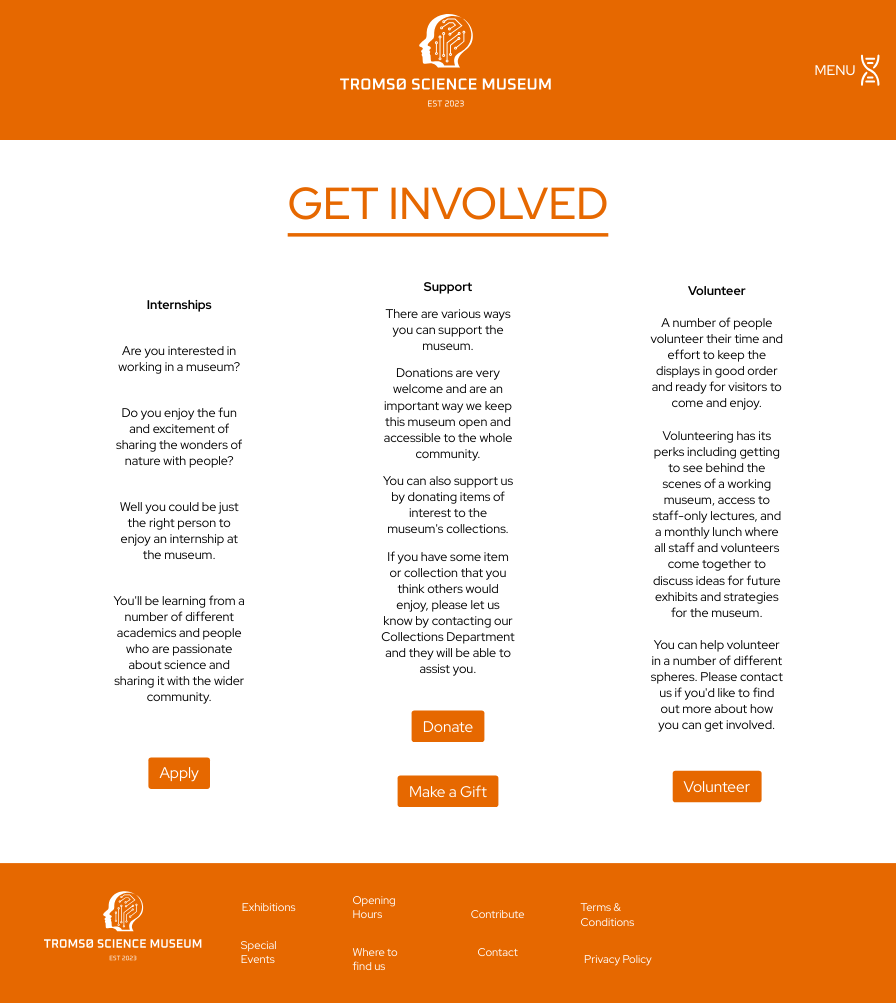
Repository: benjaminskarding/Semester-Project
Page: contribute.html
These files come from the project's save history. The page is drawn as it stood at one moment and after the next save; the edit follows.
The browser window is 1280 px wide. The pictures show the part of the page from y = 0 to 1920 px (the page is 1433 px tall before and 2848 px after), at 70% of full size.

Above is the page before, as saved 2023-12-19 12:07:58.

After the next save:
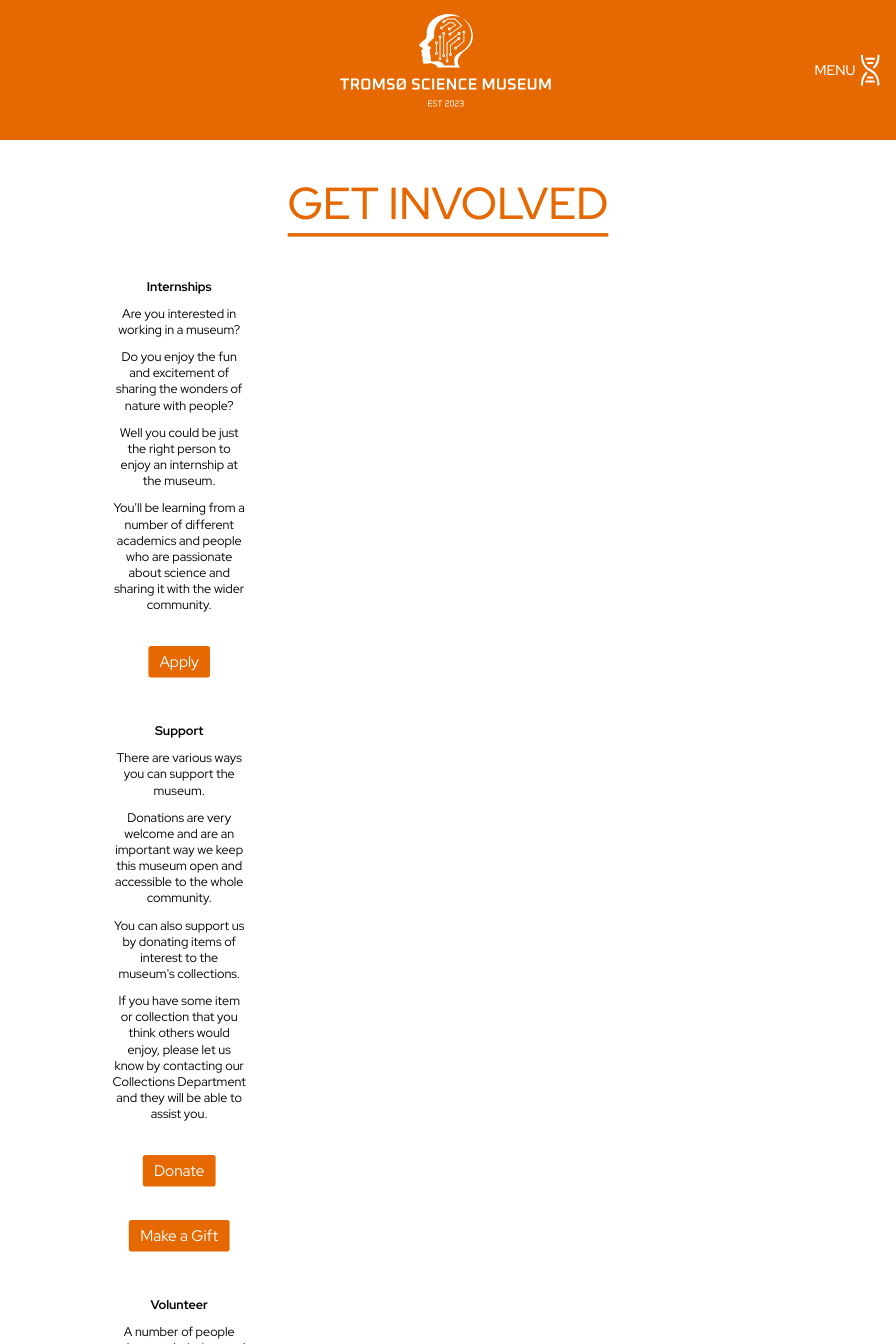
Saved 52 s later.
--- a/contribute.html
+++ b/contribute.html
@@ -71,7 +71,6 @@
         <div class="title">
           <h2 class="orange underline">GET INVOLVED</h2>
         </div>
-        <div class="main-content">
             <div class="leftCol">
               <p class="bold">Internships</p>
               <p>Are you interested in working in a museum?</p>

After the 2 saves that followed:
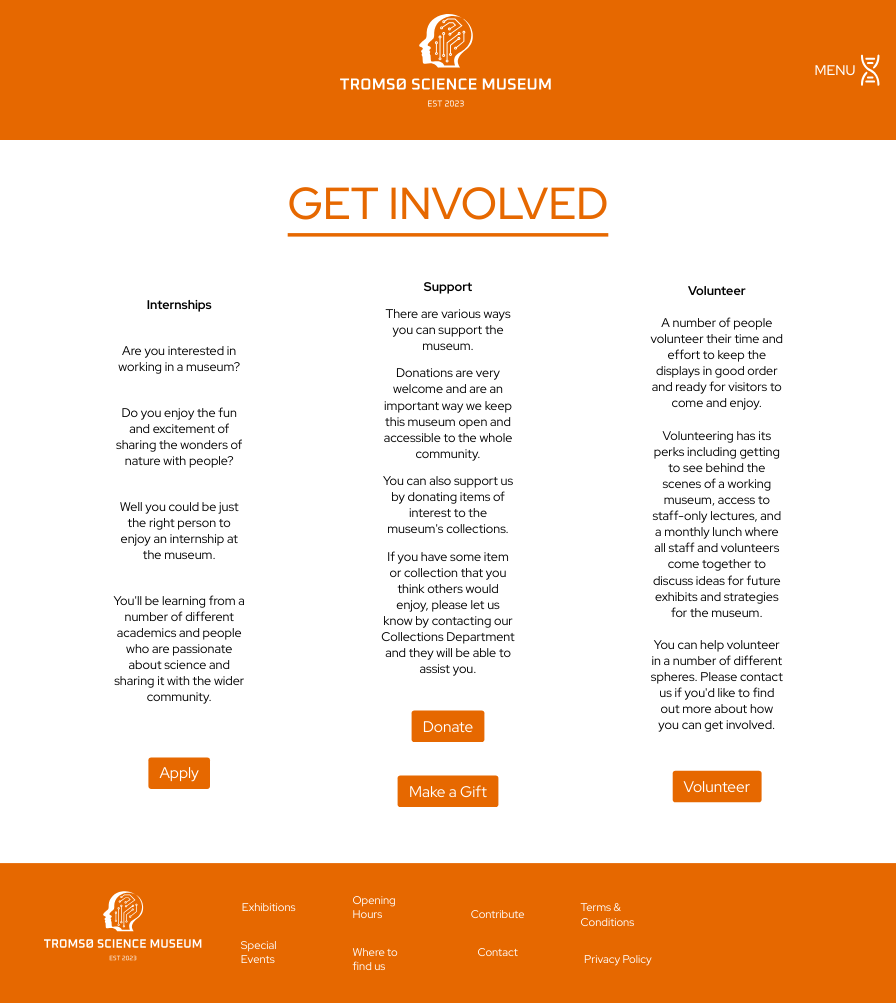
The 2 saves are shown as one change because they came seconds apart.
The last was saved 15 s later.
--- a/contribute.html
+++ b/contribute.html
@@ -71,6 +71,7 @@
         <div class="title">
           <h2 class="orange underline">GET INVOLVED</h2>
         </div>
+        <div class="main-content">
             <div class="leftCol">
               <p class="bold">Internships</p>
               <p>Are you interested in working in a museum?</p>
